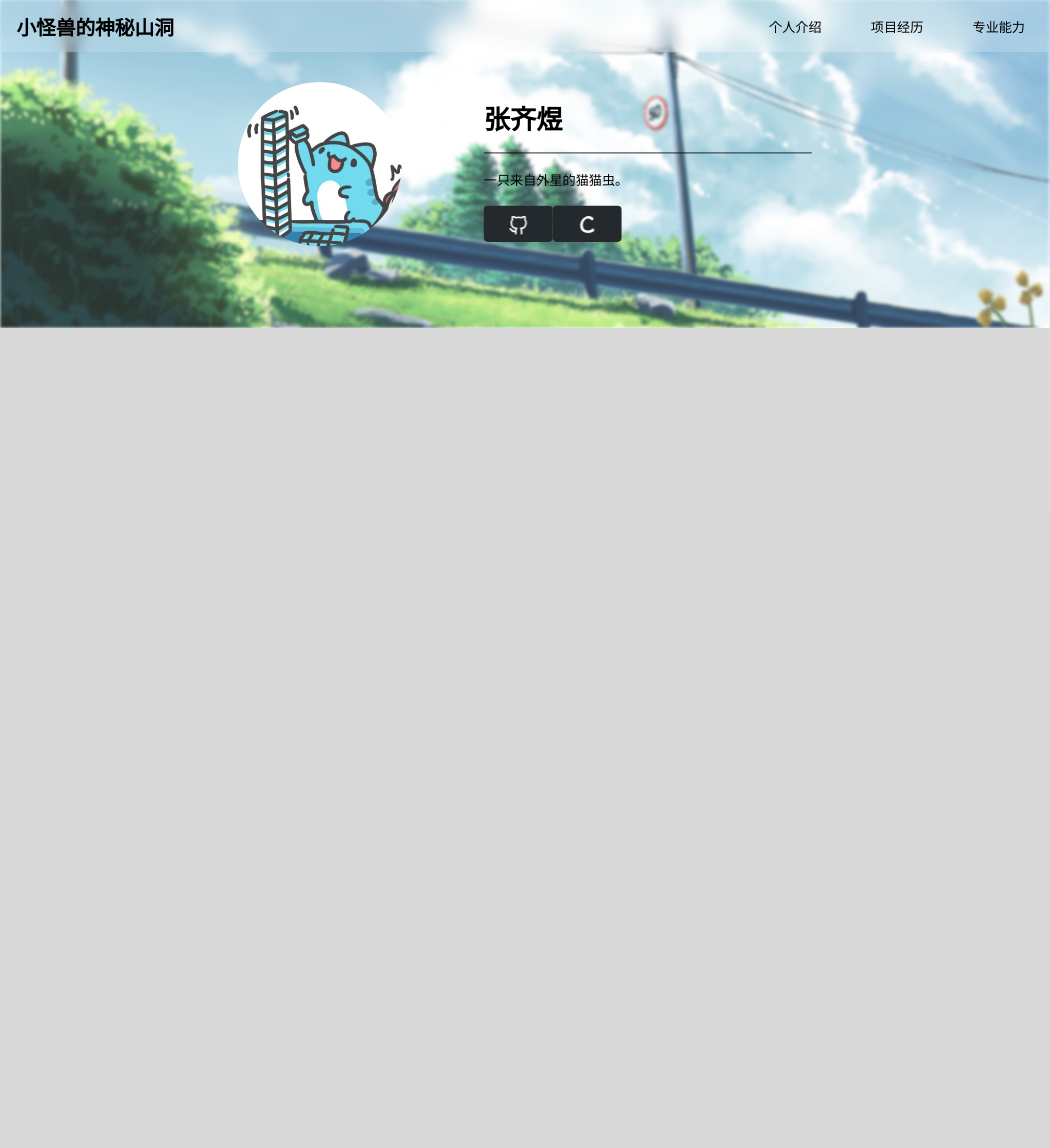
Repository: TheBiggestFatCat/myblog-frontend
Page: /
An editor plug-in stored every save of this project. The page is shown before and after the next save, followed by the edit.
The browser window is 1280 px wide. The pictures show the whole page, at 82% of full size.
The project was rebuilt for these pictures with package versions that can differ from the ones it lists, and the page was loaded fresh each time. Also part of the build but not shown: vite.config.ts.

Above is the page before, as saved 2023-02-26 10:39:18.

After the next save:
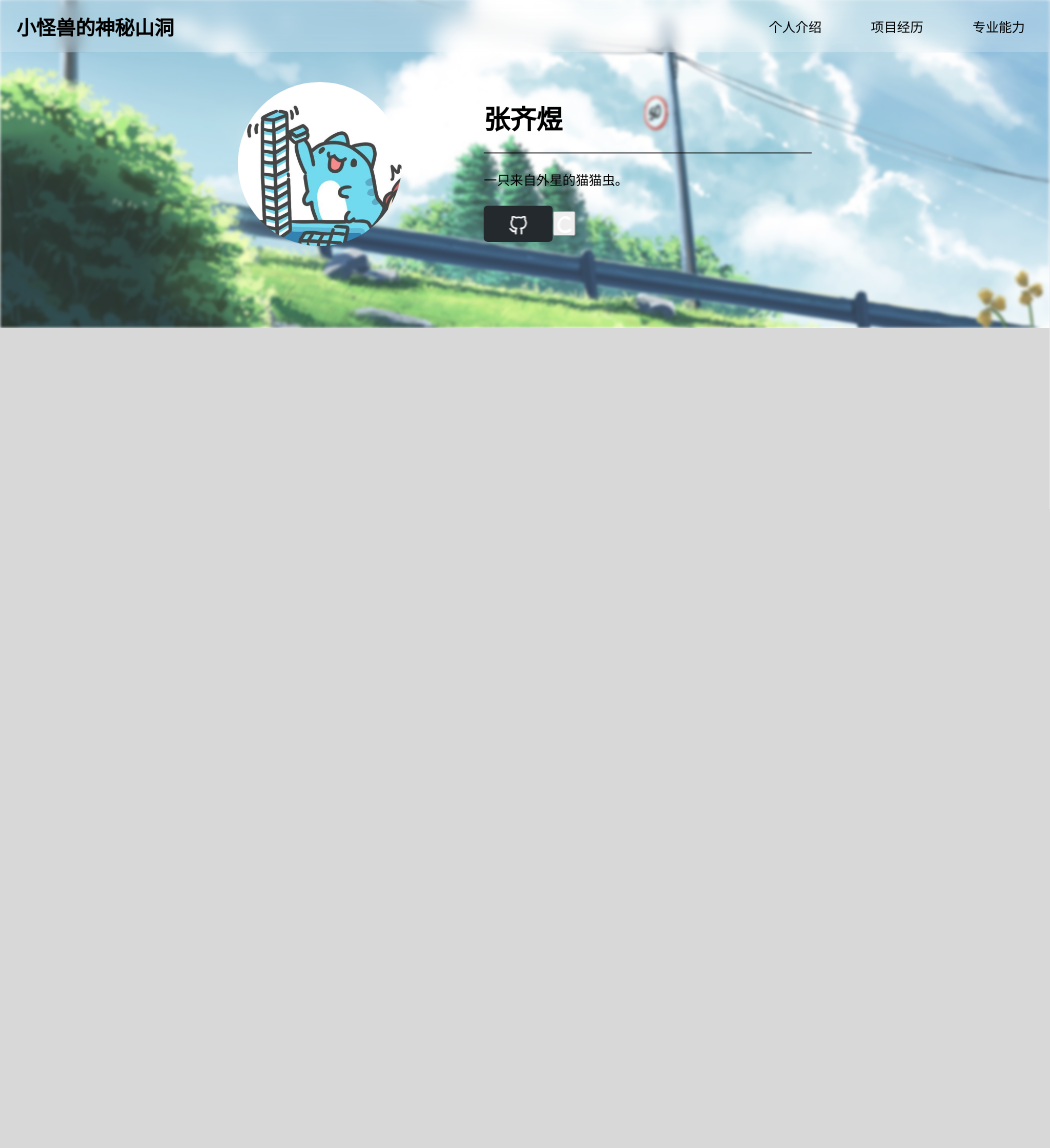
Saved 15 s later.
--- a/src/components/Home/Home.vue
+++ b/src/components/Home/Home.vue
@@ -81,7 +81,7 @@ const introduction = [
       margin-bottom: 20px;
     }
 
-    button {
+    button:nth-of-type(1) {
       background-color: #24292e;
       color: #fff;
       padding: 8px 30px;
